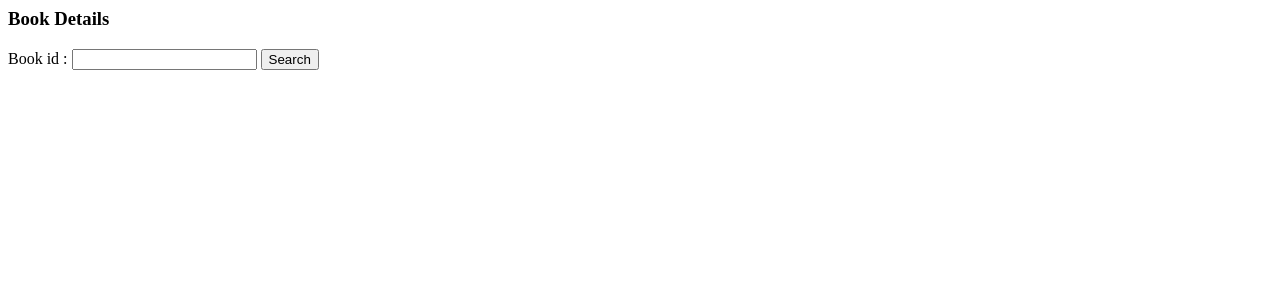
Repository: Wilsonrangari/SpringBoot_Microservices
Page: http://localhost/14_Web_MVC_Book_App/views/index.jsp
These files come from the project's save history. The page is drawn as it stood at one moment and after the next save; the edit follows.
The browser window is 1280 px wide. The pictures show the whole page.
The page is served by Tomcat 9. Other server files are loaded and not shown.

Above is the page before, as saved 2023-04-08 18:37:45.

### 14_Web_MVC_Book_App/src/main/webapp/views/index.jsp
<html>
<head>


</head>
<body>

<h3>Book Details</h3>
   <form action="book">

   Book id : <input type="text" name="id"/>

   <input type="submit" value="Search"/>

   </form>
   </body>


</html>

After the next save:
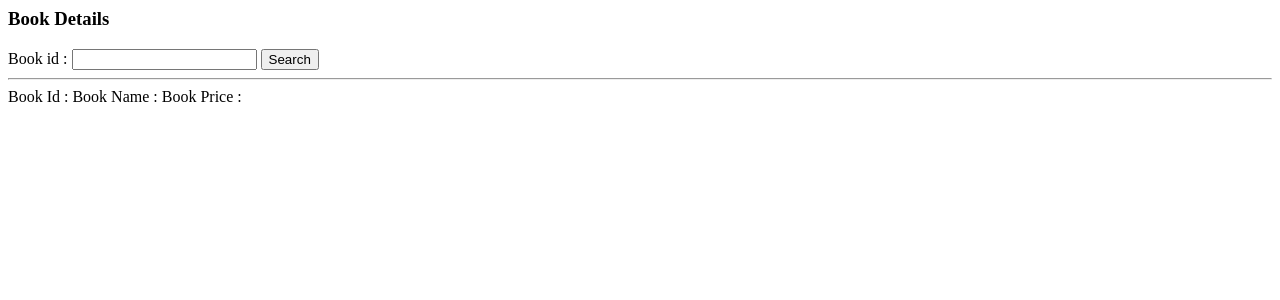
Saved 4 min 47 s later.
--- a/14_Web_MVC_Book_App/src/main/webapp/views/index.jsp
+++ b/14_Web_MVC_Book_App/src/main/webapp/views/index.jsp
@@ -11,6 +11,13 @@
    Book id : <input type="text" name="id"/>
 
    <input type="submit" value="Search"/>
+   <hr />
+
+   Book Id :
+
+   Book Name :
+
+   Book Price :
 
    </form>
    </body>
